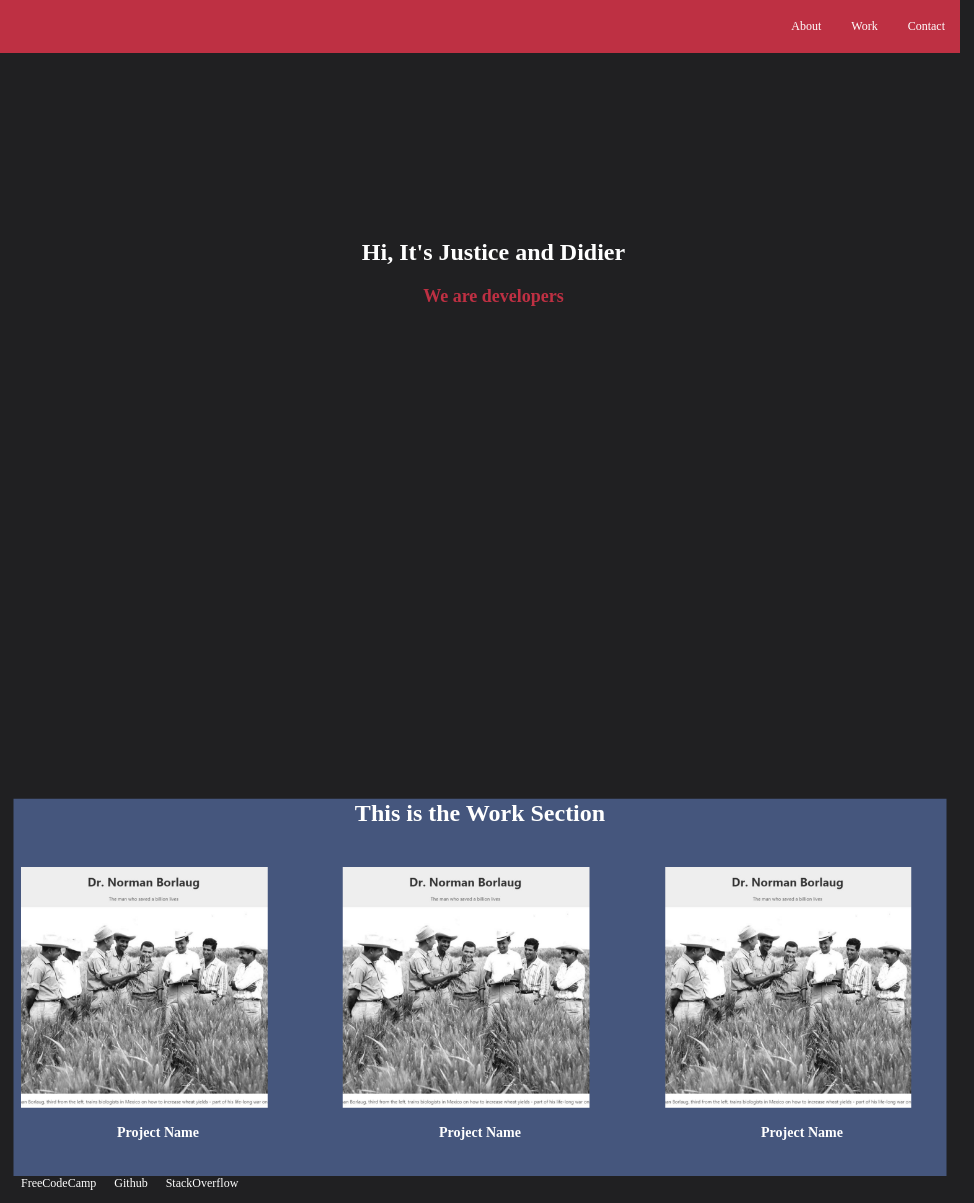
Repository: justicebhekani88/microverse_portfolio_project
Page: index.html
The author's editor kept a copy of each file at every save. The page is drawn from the files as they stood at one save, then again after the next save.
The browser window is 1280 px wide. The page is 1298 px wide, so the pictures cover 1298 px, including what lies to the right of the window. The pictures show the whole page, at 75% of full size.

Above is the page before, as saved 2022-07-21 15:31:37.

After the next save:
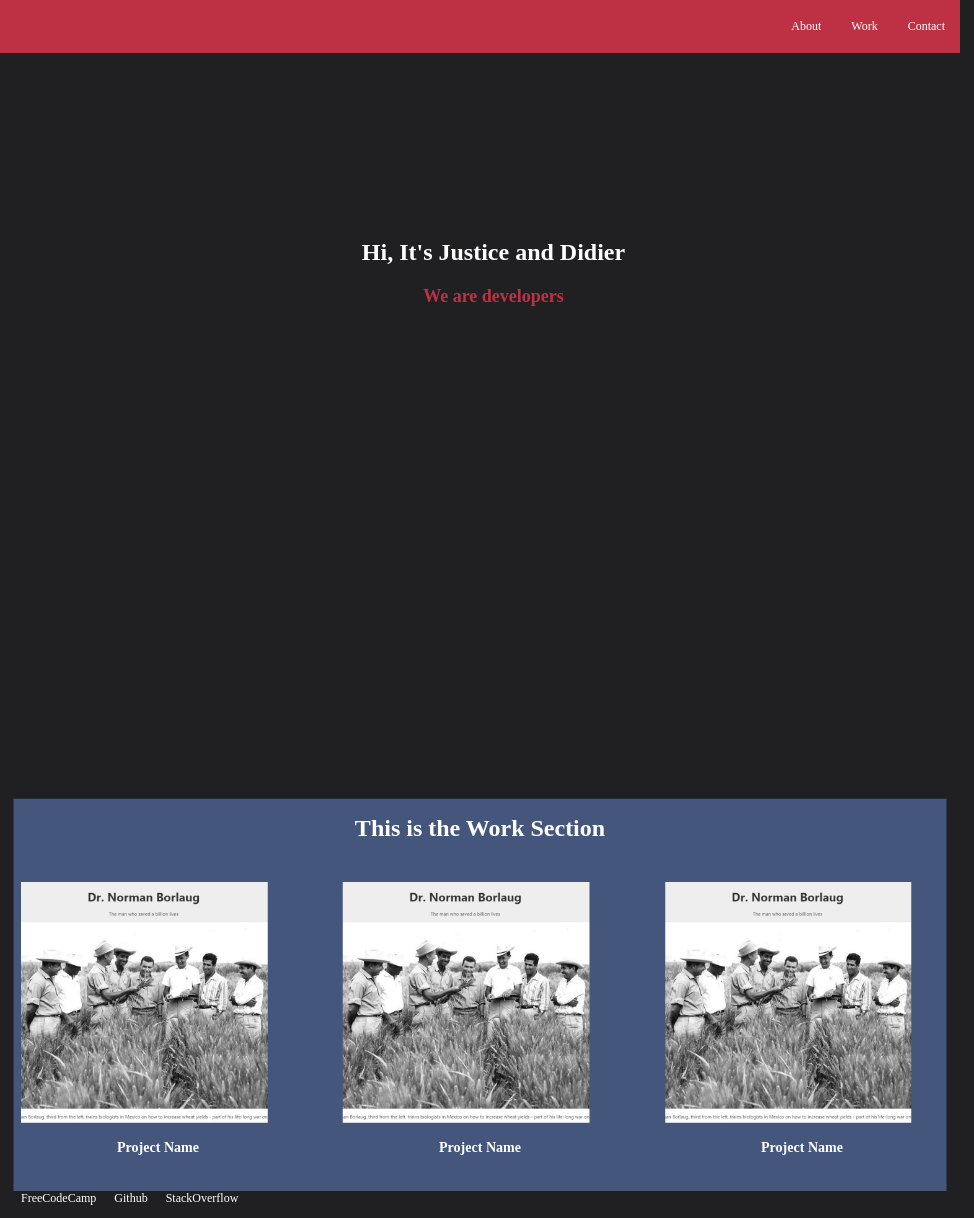
Saved 16 s later.
--- a/style.css
+++ b/style.css
@@ -47,7 +47,7 @@ h3 {
 }
 
 #header {
-
+    padding-top: 20px;
 }
 
 #welcome-text {
